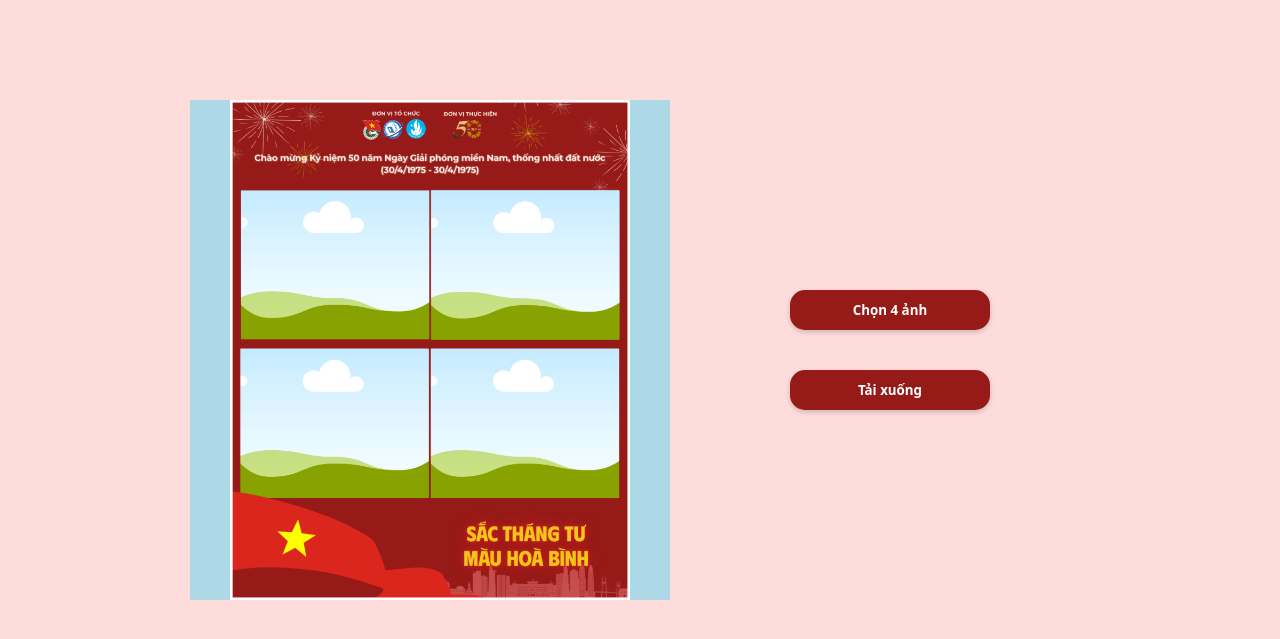
Repository: nguyentambinh/tuoitretdmu
Page: http://localhost/
An editor plug-in stored every save of this project. The page is shown before and after a run of saves, followed by the edit.
The browser window is 1280 px wide. The pictures show the whole page.
The page is run by PHP 8.4 with error messages shown; the project is at /var/www/html/.

Above is the page before, as saved 2025-04-10 13:45:40.
Console error: TypeError: Cannot read properties of null (reading 'addEventListener')

### index.php
<!DOCTYPE html>
<html lang="en">
<head>
    <meta charset="UTF-8">
    <meta name="viewport" content="width=device-width, initial-scale=1.0">
    <link rel="stylesheet" href="main.css">
    <script src="main.js"></script>
    <title></title>
</head>
<body>
    <div class = "container-box">
        <div class="background-box">
            <img src="" alt="" class="img-sub">
            <img src="" alt="" class="img-sub">
            <img src="" alt="" class="img-sub">
            <img src="" alt="" class="img-sub"><img src="" alt="" class="img-sub">
        </div>
        <div class="control-box">
            <button id="btn-add-picture" class=" btn-custom">
                Chọn 4 ảnh
            </button>
            <button class="btn-custom btn-dowload-picture">Tải xuống</button>
        </div>
    </div>
</body>
<script>
  // Khi nhấn nút "Chọn 4 ảnh" thì click vào input hidden
  document.getElementById("btn-add-picture").addEventListener("click", function () {
    document.getElementById("image-choose").click();
  });

  // Khi người dùng chọn ảnh
  document.getElementById("image-choose").addEventListener("change", function (e) {
    const files = e.target.files;

    for (let i = 0; i < 4; i++) {
      const img = document.getElementById(`img-choosen-${i + 1}`);

      if (files[i]) {
        const reader = new FileReader();
        reader.onload = function (event) {
          img.src = event.target.result;
        };
        reader.readAsDataURL(files[i]);
      } else {
        // Nếu thiếu ảnh thì giữ placeholder
        img.src = "./data/placeholder.jpg";
      }
    }
  });
</script>

</html>

### main.css
body {
    background-color: #ffdcdc;
    margin: 0;
    padding: 0;
    display: flex;
    justify-content: center;
    margin-top: 100px;
}

.container-box {
    display: grid;
    grid-template-columns: 1.2fr 1fr;
    gap: 20px;
    width: 900px;
    max-width: 100%;
}



.background-box {
    display: flex;
    justify-content: center;
    align-items: center;
    background-position: center;
    background-image: url('./picture/FRAMEPHOTOBOOTH304.png');
    background-size: contain;
    background-repeat: no-repeat;
    background-color: lightblue;
    width: 100%;
    height: 500px;
}

.control-box {
    display: flex;
    flex-direction: column;
    align-items: center;
    justify-content: center;
}

.btn-custom {
    background-color: #961A17;
    border-radius: 15px;
    font-weight: bold;
    font-family: system-ui;
    width: 200px;
    height: 40px;
    color: white;
    margin: 20px 0;
    border: none;
    box-shadow: 0 2px 5px rgba(0,0,0,0.2);
    cursor: pointer;
}
@media screen and (max-width: 720px) {
    .container-box {
        grid-template-columns: 1fr;
        grid-template-rows: auto auto;
        width: 100%;
        padding: 0 10px;
    }

    .control-box {
        align-items: center;
    }
    .btn-custom{
        width: 300px;
    }
}

Loaded but not shown: main.js (no copy from this time; the picture is the same without it)

After the next 2 saves:
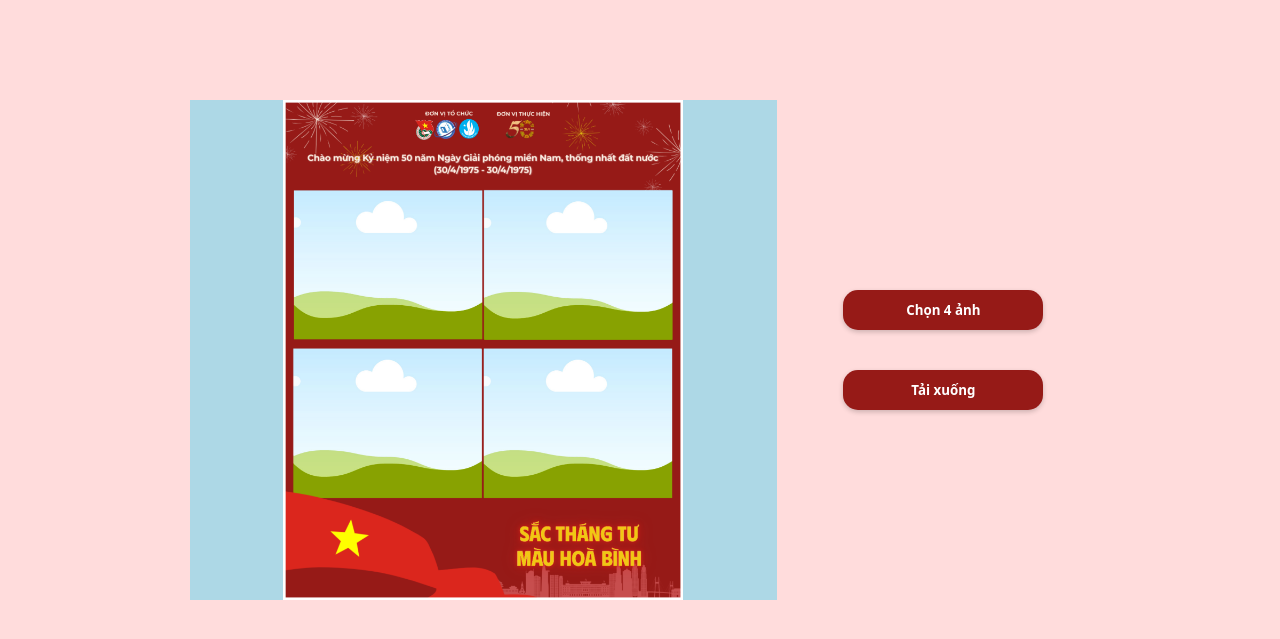
The 2 saves are shown as one change because they came seconds apart.
The last was saved 15 s later.
--- a/main.css
+++ b/main.css
@@ -9,7 +9,7 @@ body {
 
 .container-box {
     display: grid;
-    grid-template-columns: 1.2fr 1fr;
+    grid-template-columns: 1fr 0.5fr;
     gap: 20px;
     width: 900px;
     max-width: 100%;
